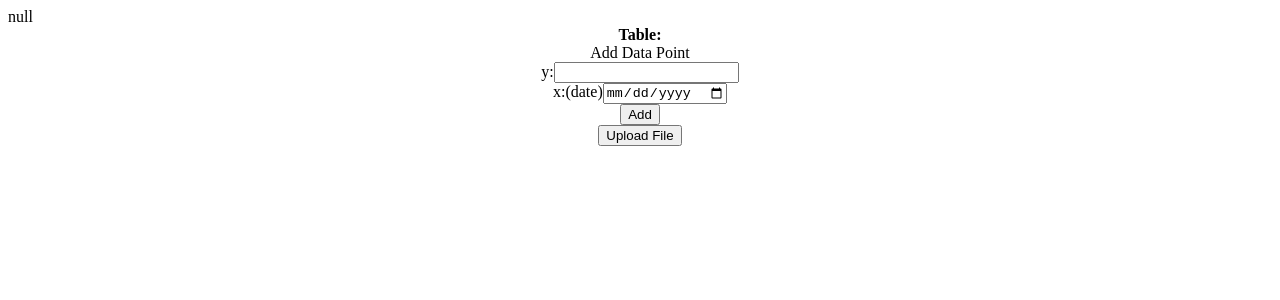
Repository: kemiporto/cmpe272-group12
Page: http://localhost/ESPAWSProject/addNewDataPage.jsp
The author's editor kept a copy of each file at every save. The page is drawn from the files as they stood at one save, then again after the next save.
The browser window is 1280 px wide. The pictures show the whole page.
The page is served by Tomcat 9. Other server files are loaded and not shown.

Above is the page before, as saved 2014-04-19 21:27:22.

### AWS/ESPAWSProject/WebContent/addNewDataPage.jsp
<html>
<head>
    <title>Add New Data Page</title>
  </head>

<body>
	<% String tableSelected = request.getParameter("selectTable"); %>
	<%= tableSelected %>
	<div>
		<div style="font-weight:bold;text-align:center">Table:</div>
		<div style="text-align:center">Add Data Point</div>

		<div style="text-align:center">y:<input type="text"></div>
		<div style="text-align:center">x:(date)<input type="date" ></div>

		<div style="text-align:center"><input type="button" value="Add"/></div>
		<div style="text-align:center"><input type="button" value="Upload File"/></div>



	</div>
</body>
</html>

After the next save:
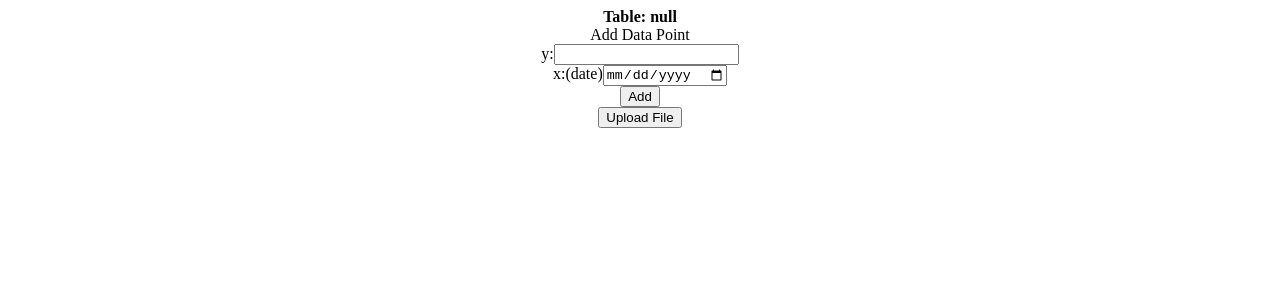
Saved 36 s later.
--- a/AWS/ESPAWSProject/WebContent/addNewDataPage.jsp
+++ b/AWS/ESPAWSProject/WebContent/addNewDataPage.jsp
@@ -5,9 +5,8 @@
 
 <body>
 	<% String tableSelected = request.getParameter("selectTable"); %>
-	<%= tableSelected %>
 	<div>
-		<div style="font-weight:bold;text-align:center">Table:</div>
+		<div style="font-weight:bold;text-align:center">Table: <%= tableSelected %></div>
 		<div style="text-align:center">Add Data Point</div>
 
 		<div style="text-align:center">y:<input type="text"></div>
